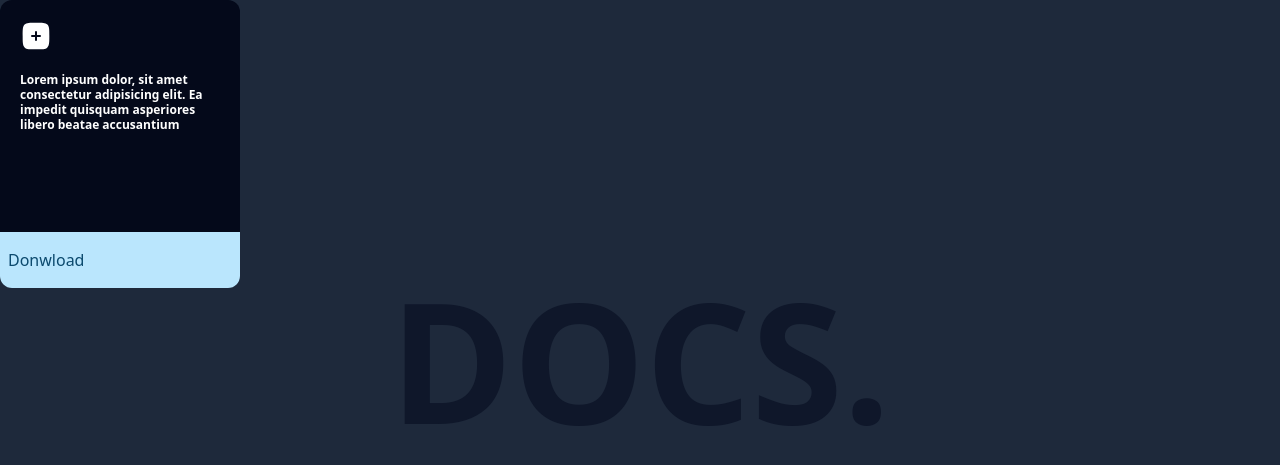
Repository: aliakbarmotallebi/framer-react
Page: /
These files come from the project's save history. The page is drawn as it stood at one moment and after a run of saves; the edit follows.
The browser window is 1280 px wide. The pictures show the whole page.
The project was rebuilt for these pictures with package versions that can differ from the ones it lists, and the page was loaded fresh each time.

Above is the page before, as saved 2024-08-14 18:40:44.

### src/App.js
import React from "react";
import Background from "./components/Background";
import Card from "./components/Card";

function App() {
  return (
    <div className="relative h-screen w-full bg-slate-800">
      <Background />
      <Card />
    </div>
  );
}

export default App;

### src/components/Background.jsx
import React from "react";

function Background() {
    return <h1 className="absolute left-1/2 top-1/2 -translate-x-[50%] -translate-y-[50%] text-[13vw] font-semibold text-slate-900">
    DOCS.
  </h1>
}

export default Background;

### src/components/Card.jsx
import React, { Component } from 'react';

class Card extends Component {
    render() {
        return (
            <div className="w-60 h-72 rounded-xl bg-slate-950/90 p-5 text-white relative overflow-hidden">
                <svg xmlns="http://www.w3.org/2000/svg" className="w-8 h-8" viewBox="0 0 24 24"><path fill="currentColor" fill-rule="evenodd" d="M12 22c-4.714 0-7.071 0-8.536-1.465C2 19.072 2 16.714 2 12s0-7.071 1.464-8.536C4.93 2 7.286 2 12 2s7.071 0 8.535 1.464C22 4.93 22 7.286 22 12s0 7.071-1.465 8.535C19.072 22 16.714 22 12 22m0-13.75a.75.75 0 0 1 .75.75v2.25H15a.75.75 0 0 1 0 1.5h-2.25V15a.75.75 0 0 1-1.5 0v-2.25H9a.75.75 0 0 1 0-1.5h2.25V9a.75.75 0 0 1 .75-.75" clip-rule="evenodd"/></svg>
                <p className="text-xs leading-tight mt-5 font-semibold">
                    Lorem ipsum dolor, sit amet consectetur adipisicing elit. Ea impedit quisquam asperiores libero beatae accusantium
                </p>
                <div className="footer absolute bottom-0 bg-sky-200 w-full py-2 left-0">
                    <button className="text-sky-900 p-2 text-center">
                        Donwload
                    </button>
                </div>
            </div>
        );
    }
}

export default Card;

Loaded but not shown: public/index.html (common file); src/index.js (common file); src/index.css (common file); tailwind.config.js (common file)

After the next 2 saves:
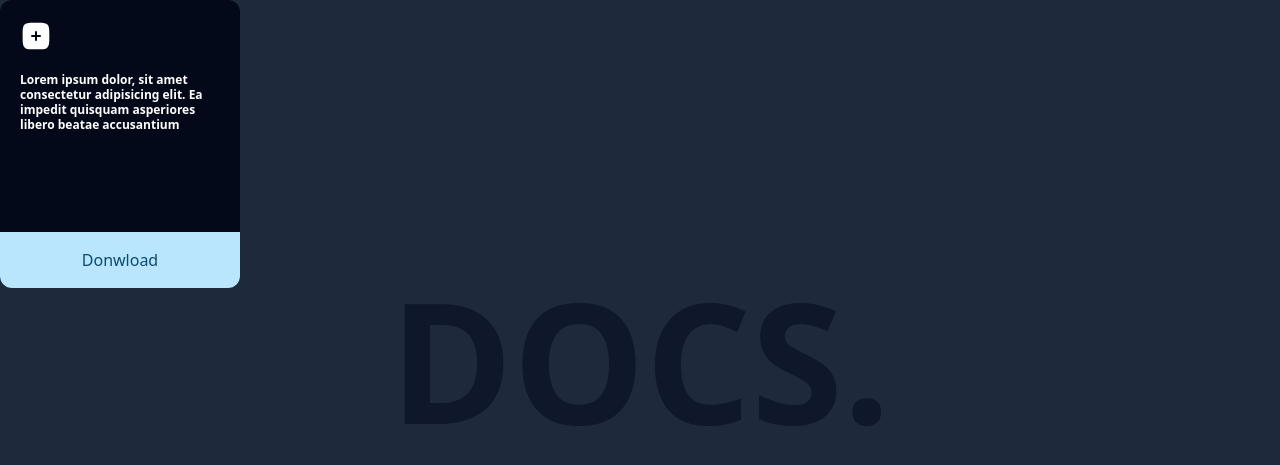
The 2 saves are shown as one change because they came seconds apart.
The last was saved 18 s later.
--- a/src/components/Card.jsx
+++ b/src/components/Card.jsx
@@ -8,8 +8,8 @@ class Card extends Component {
                 <p className="text-xs leading-tight mt-5 font-semibold">
                     Lorem ipsum dolor, sit amet consectetur adipisicing elit. Ea impedit quisquam asperiores libero beatae accusantium
                 </p>
-                <div className="footer absolute bottom-0 bg-sky-200 w-full py-2 left-0">
-                    <button className="text-sky-900 p-2 text-center">
+                <div className="footer absolute bottom-0 bg-sky-200 w-full py-2 left-0 text-center">
+                    <button className="text-sky-900 p-2">
                         Donwload
                     </button>
                 </div>
